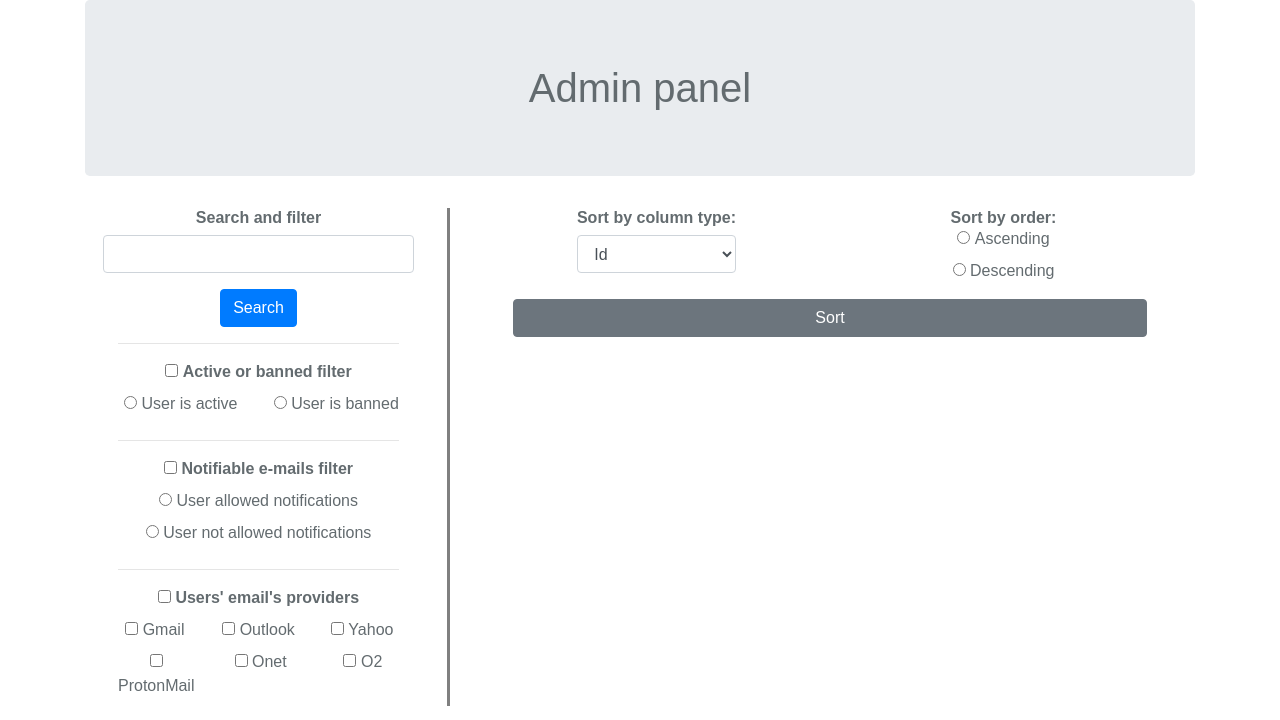
Repository: WOLVGVNG/gameclan
Page: resources/views/admin_panel.blade.php
An editor plug-in stored every save of this project. The page is shown before and after the next save, followed by the edit.
The browser window is 1280 px wide. The pictures show the whole page.
The page is served by the project's Laravel application, run on PHP 8.4 with Laravel 8. The template is opened directly, without the code that normally fills it, so the values that code supplies are empty.

Above is the page before, as saved 2019-03-20 21:07:50.

After the next save:
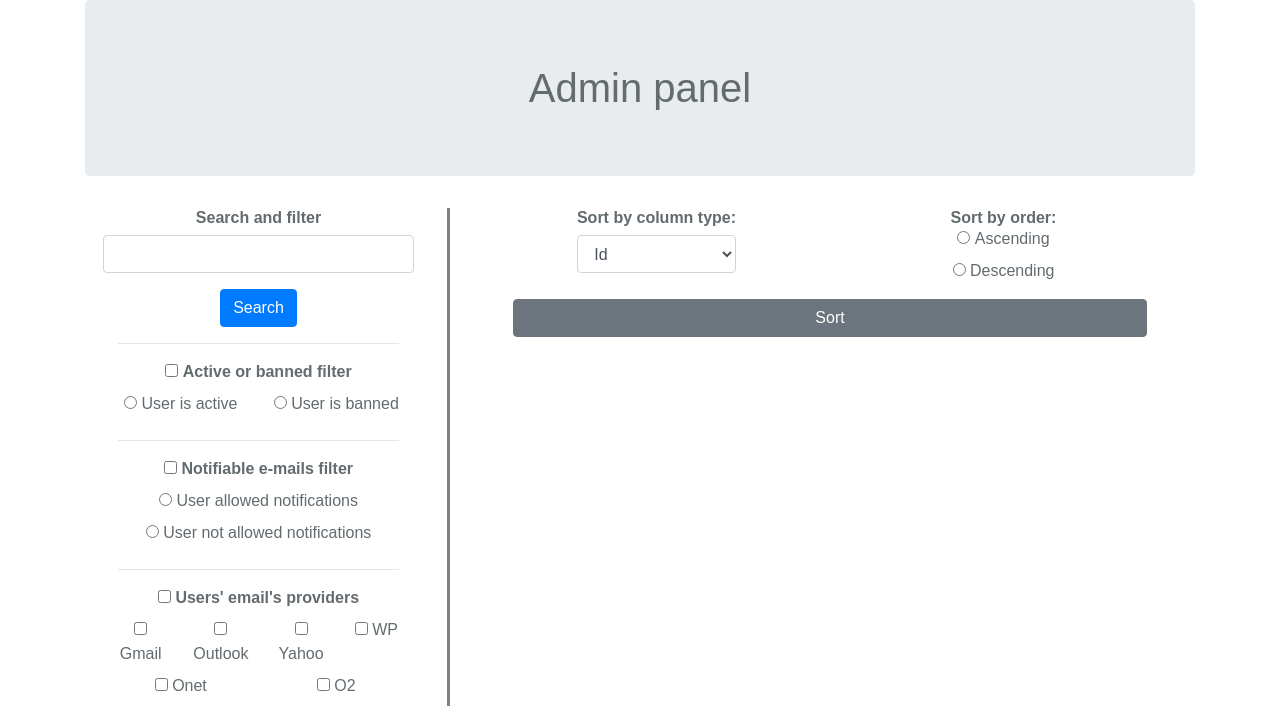
Saved 11 s later.
--- a/resources/views/admin_panel.blade.php
+++ b/resources/views/admin_panel.blade.php
@@ -64,8 +64,8 @@
                         <label for='yahoo'>Yahoo</label>
                     </div>
                     <div class='col'>
-                        <input type='checkbox' name='filter_email[]' id='protonmail' value='protonmail'>
-                        <label for='protonmail'>ProtonMail</label>
+                        <input type='checkbox' name='filter_email[]' id='wp' value='wp'>
+                        <label for='wp'>WP</label>
                     </div>
                     <div class='col'>
                         <input type='checkbox' name='filter_email[]' id='onet' value='onet'>
